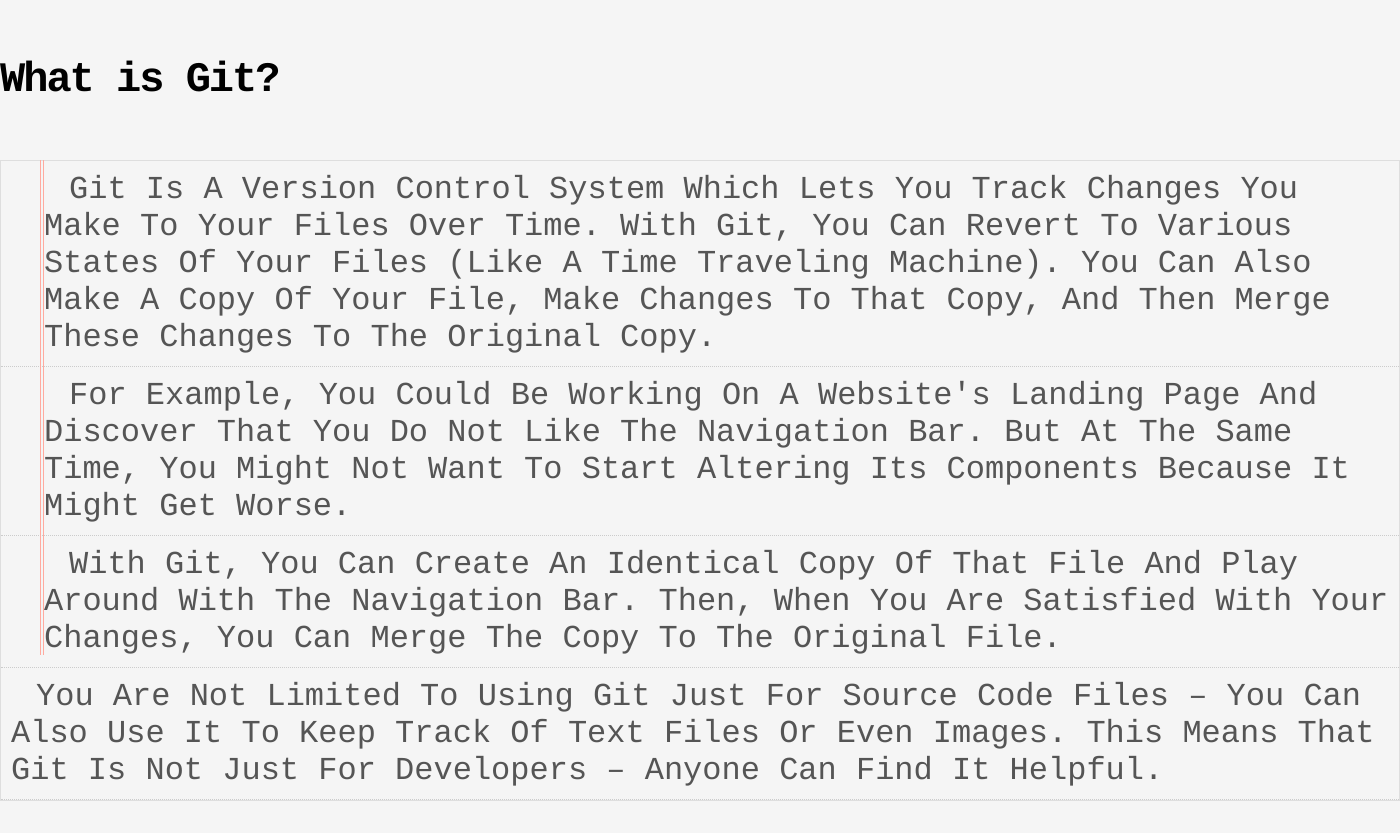
Repository: dev-singh-kanyal/Archive-git_github
Page: src/what is git.html
The author's editor kept a copy of each file at every save. The page is drawn from the files as they stood at one save, then again after a run of saves.
The browser window is 1280 px wide. The page is 1400 px wide, so the pictures cover 1400 px, including what lies to the right of the window. The pictures show the whole page.
Some web fonts or font styles are not loaded; a fallback is used.

Above is the page before, as saved 2022-06-24 16:25:23.

### src/what is git.html
<!DOCTYPE HTML>
<html>

<head>
   <meta charset="UTF-8">
   <title>Git</title>
   <link rel="stylesheet" href="/src/style.css">
   <link href="https://fonts.googleapis.com/css2?family=Reenie+Beanie&display=swap" rel="stylesheet">
</head>

<body>

    <h4>What is Git?</h4>

    <div class="lines"></div>

    <ul class="list">
      <li>Git is a version control system which lets you track changes you make to your files over time. With Git, you can revert to various states of your files (like a time traveling machine). You can also make a copy of your file, make changes to that copy, and then merge these changes to the original copy.</li>
      <li>For example, you could be working on a website's landing page and discover that you do not like the navigation bar. But at the same time, you might not want to start altering its components because it might get worse.</li>
      <li>With Git, you can create an identical copy of that file and play around with the navigation bar. Then, when you are satisfied with your changes, you can merge the copy to the original file.</li>
      <li>You are not limited to using Git just for source code files – you can also use it to keep track of text files or even images. This means that Git is not just for developers – anyone can find it helpful.</li>
    </ul>

</body>
</html>

### src/style.css
body {
    background-color: #f5f5f5;
    width: 1400px;
    margin: 0 auto;
    padding: 0;
  }
  h4 {
    color: #000000;
    font-size: 42px;
    letter-spacing: -2px;
    font-family: courier, monospace;
    text-align: left;
  }
  a {
    text-decoration: none;
    color: inherit;
  }
  .list {
    color: #555;
    /* font-size: 22px; */
    padding: 0 !important;
    width: auto;
    /* font-family: 'Reenie Beanie'; */
    font-family: courier, monospace;
    font-size: 2rem;
    border: 1px solid #dedede;
  }
  .list li {
    list-style: none;
    border-bottom: 1px dotted #ccc;
    text-indent: 25px;
    height: auto;
    padding: 10px;
    text-transform: capitalize;
  }
  .list li:hover {
    background-color: #f0f0f0;
    -webkit-transition: all 0.2s;
    -moz-transition:    all 0.2s;
    -ms-transition:     all 0.2s;
    -o-transition:      all 0.2s;
  }
  .lines {
    border-left: 1px solid #ffaa9f;
    border-right: 1px solid #ffaa9f;
    width: 2px;
    float: left;
    height: 495px;
    margin-left: 40px;
  }

After the next 3 saves:
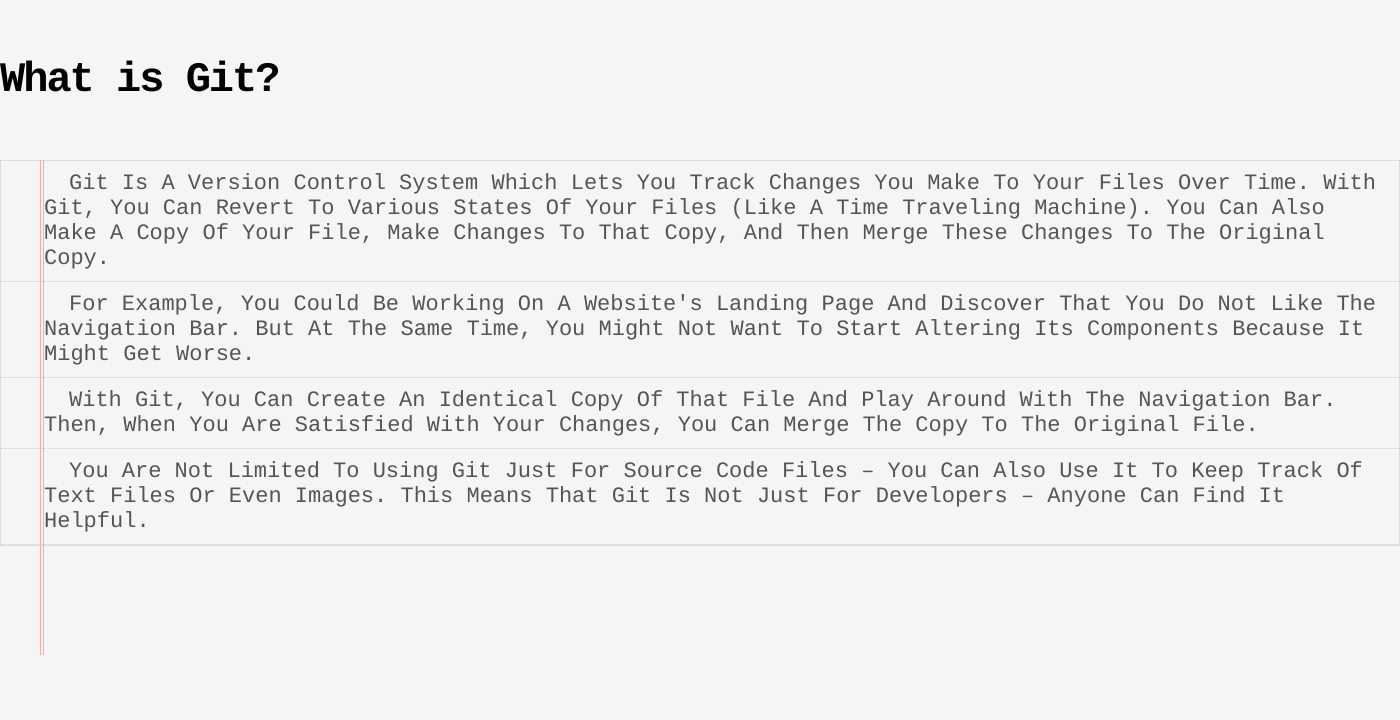
The 3 saves are shown as one change because they came seconds apart.
The last was saved 12 s later.
--- a/src/style.css
+++ b/src/style.css
@@ -17,12 +17,12 @@
   }
   .list {
     color: #555;
-    /* font-size: 22px; */
+    font-size: 22px;
+    /* font-size: 2rem; */
     padding: 0 !important;
     width: auto;
     /* font-family: 'Reenie Beanie'; */
     font-family: courier, monospace;
-    font-size: 2rem;
     border: 1px solid #dedede;
   }
   .list li {
